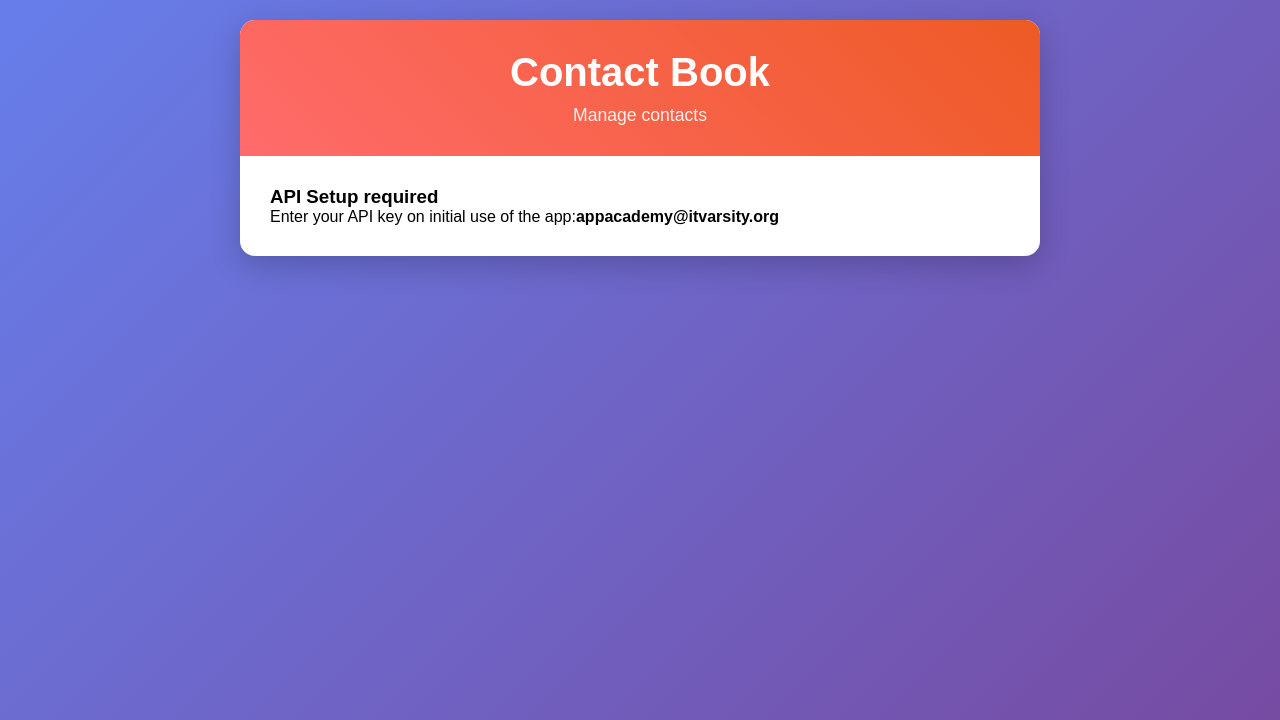
Repository: Mantombi81/Moznana-Contact
Page: index.html
The author's editor kept a copy of each file at every save. The page is drawn from the files as they stood at one save, then again after the next save.
The browser window is 1280 px wide. The pictures show the whole page.

Above is the page before, as saved 2025-06-11 21:47:58.

After the next save:
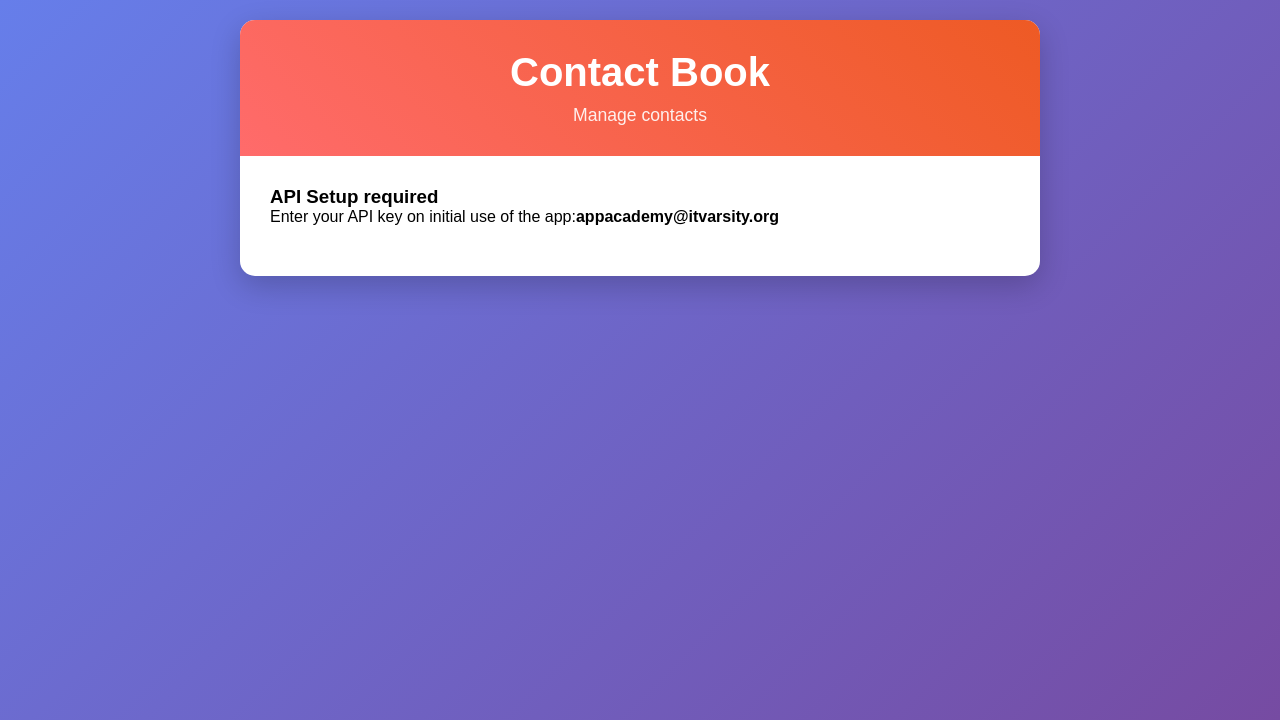
Saved 4 s later.
--- a/index.html
+++ b/index.html
@@ -20,7 +20,7 @@
                 <h3>API Setup required</h3>
                 <p>Enter your API key on initial use of the app:<strong>appacademy@itvarsity.org</strong></p>
              </div>
-             <div class="form">
+             <div class="form-group">
 
              </div>
              </div>
